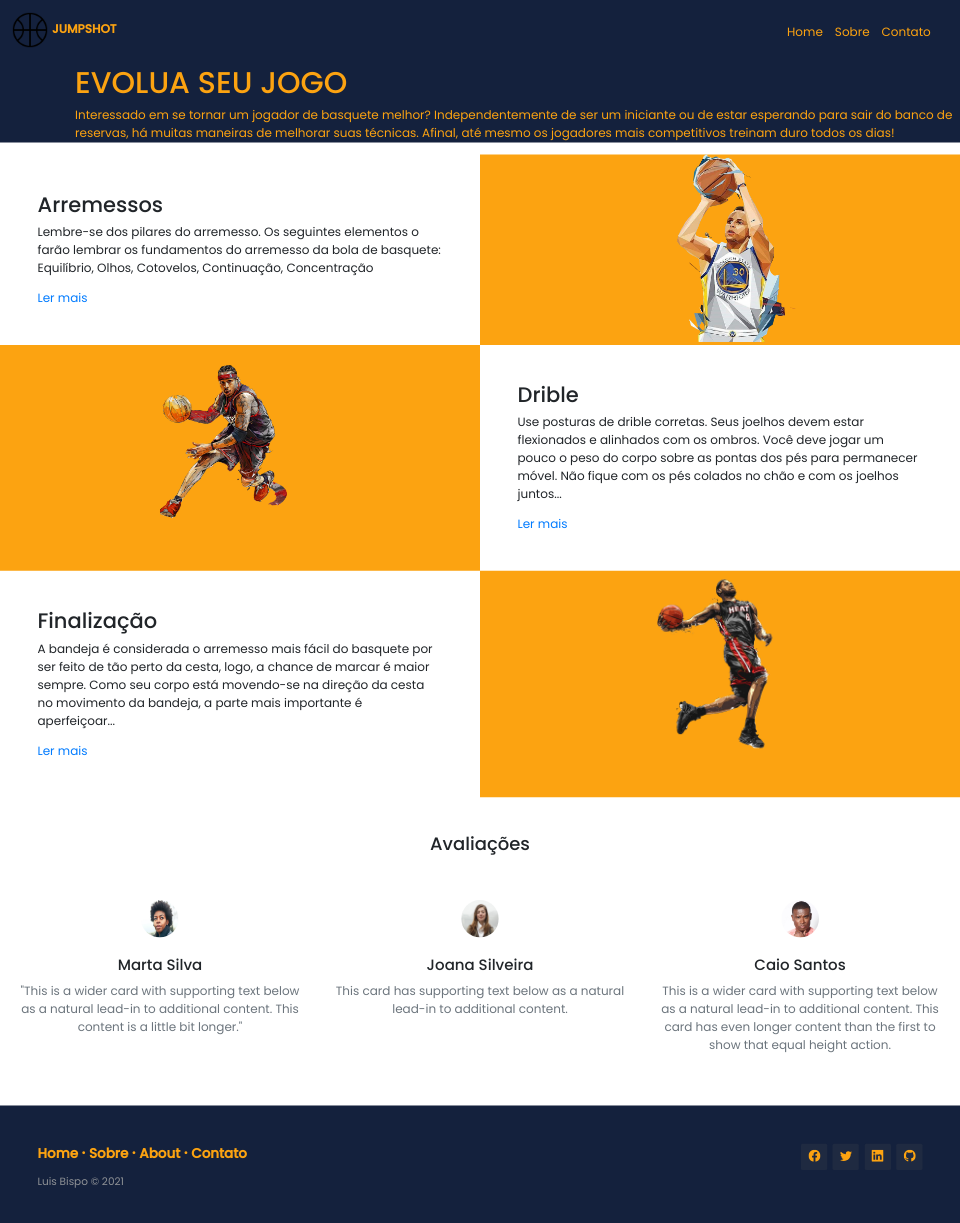
Repository: luisbisp/Jumpshot
Page: index.htm
These files come from the project's save history. The page is drawn as it stood at one moment and after the next save; the edit follows.
The browser window is 1280 px wide. The pictures show the whole page, at 75% of full size.

Above is the page before, as saved 2021-07-07 19:17:04.

After the next save:
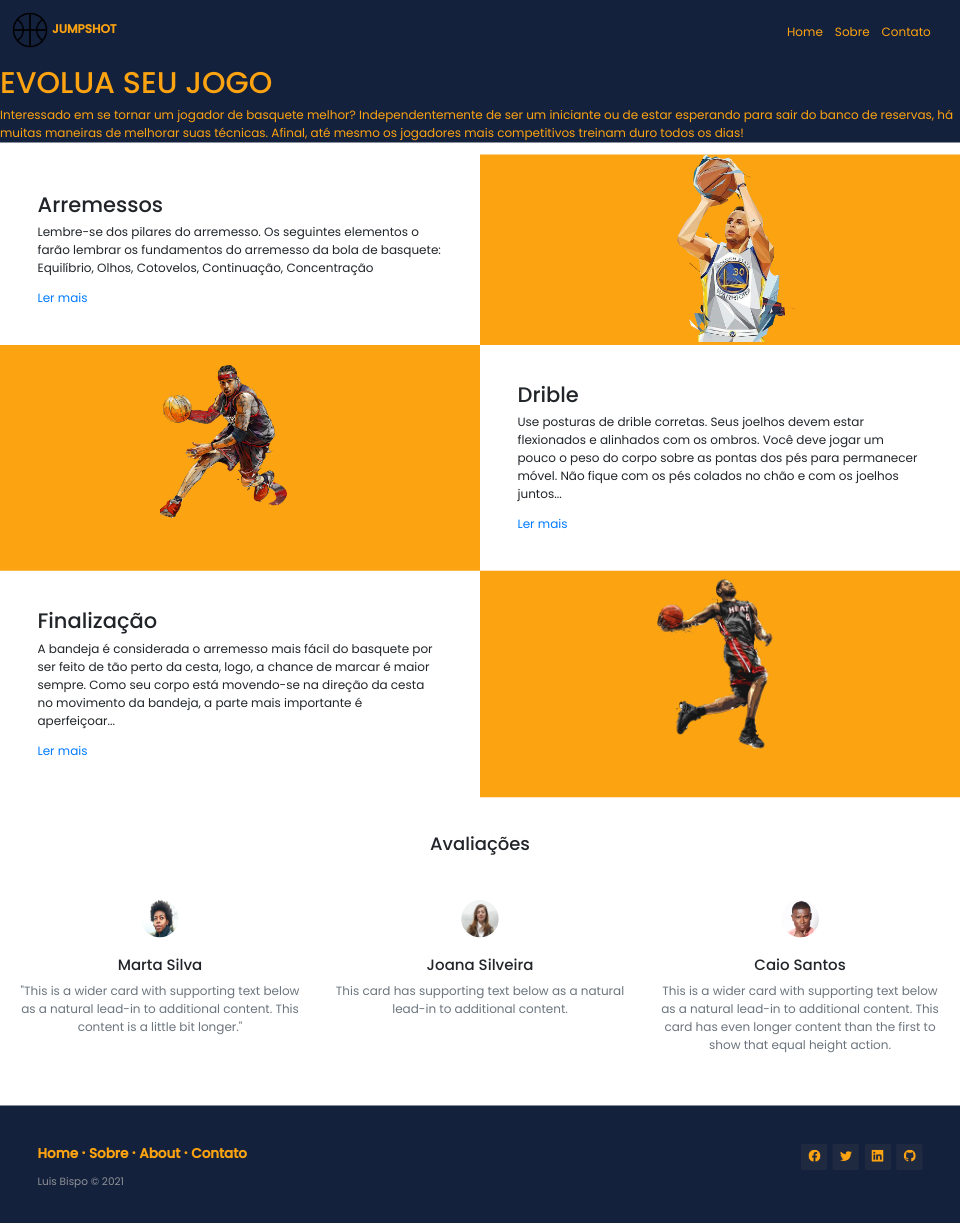
Saved 4 min 5 s later.
--- a/styles/styles.css
+++ b/styles/styles.css
@@ -20,9 +20,6 @@
     margin: 15px;
 } */
 
-.div-title{
-    margin-left: 100px;
-}
 
 .content{
     display: flex;
